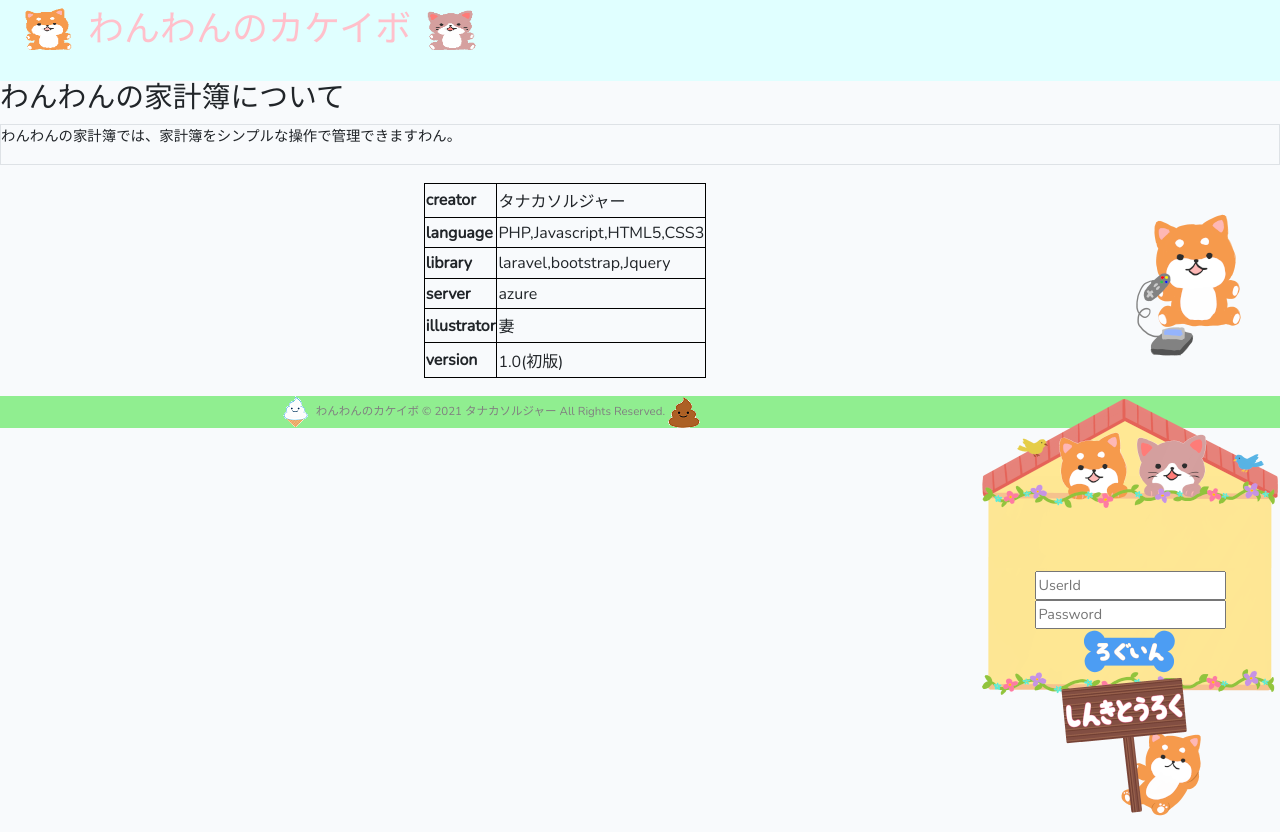
Repository: tatsuya-tanaka27/wanwannokakeibo
Page: http://localhost/wanwannokakeibo/login
The author's editor kept a copy of each file at every save. The page is drawn from the files as they stood at one save, then again after the next save.
The browser window is 1280 px wide. The pictures show the whole page.
Some web fonts or font styles are not loaded; a fallback is used. The page is served by the project's Laravel application, run on PHP 8.4 with Laravel 8.

Above is the page before, as saved 2021-03-05 14:55:31.
Console error: ReferenceError: $ is not defined

After the next save:
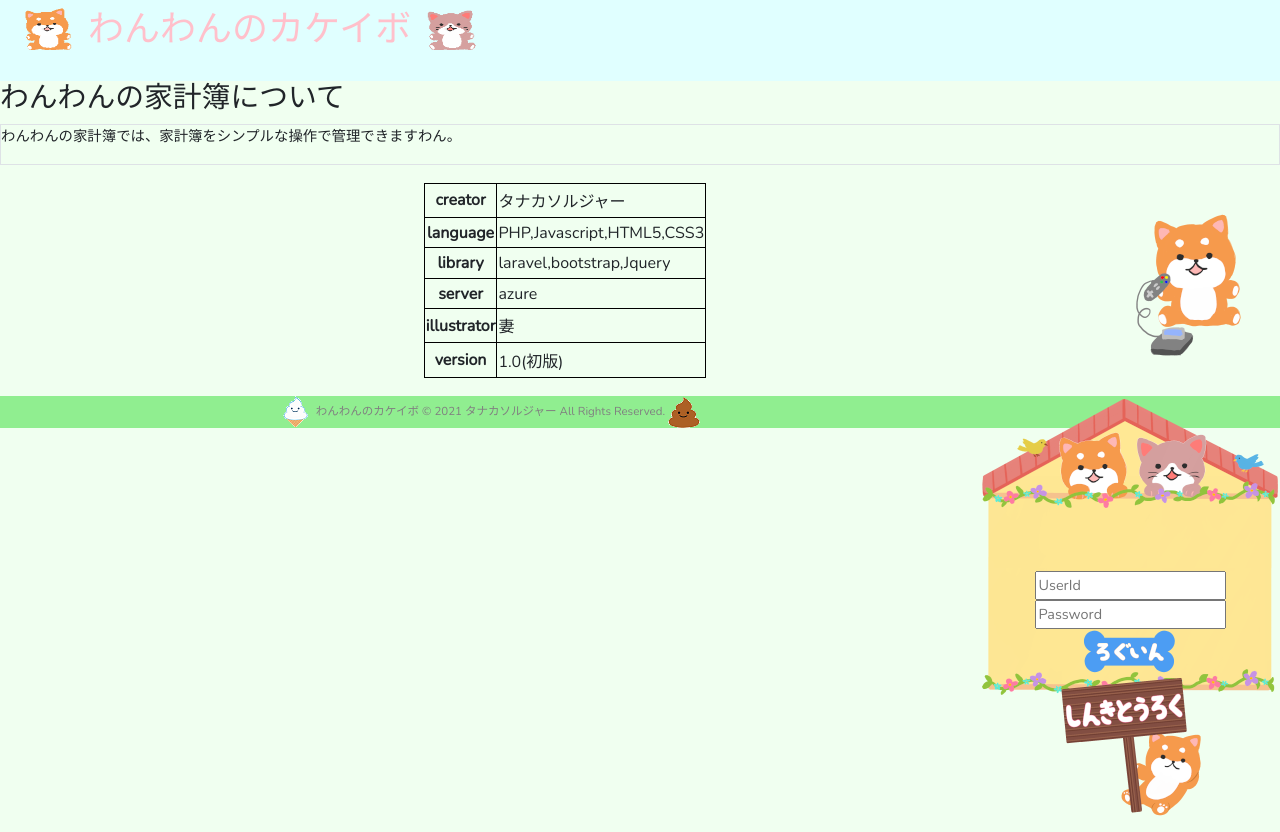
Saved 17 s later.
--- a/laravelapp/resources/views/layouts/base2.blade.php
+++ b/laravelapp/resources/views/layouts/base2.blade.php
@@ -4,9 +4,9 @@
 		<meta name="viewport" content="width=device-width, initial-scale=1, shrink-to-fit=no" />
 		<link href="https://fonts.googleapis.com/earlyaccess/nicomoji.css" rel="stylesheet"	/>
 		<link rel="shortcut icon" href="{{ asset('/favicon.ico') }}" type="image/vnd.microsoft.icon" />
-		<link rel="stylesheet" href="/css/style.css" />
-		<link rel="stylesheet" href="/css/kakeibo.css" />
         <link href="{{ asset('css/app.css') }}" rel="stylesheet">
+		<link href="{{ asset('css/style.css') }}" rel="stylesheet" />
+		<link href="{{ asset('css/kakeibo.css') }}" rel="stylesheet" />
         <script src="{{ asset('js/app.js') }}"></script>
         <title>@yield('title')</title>
     </head>
